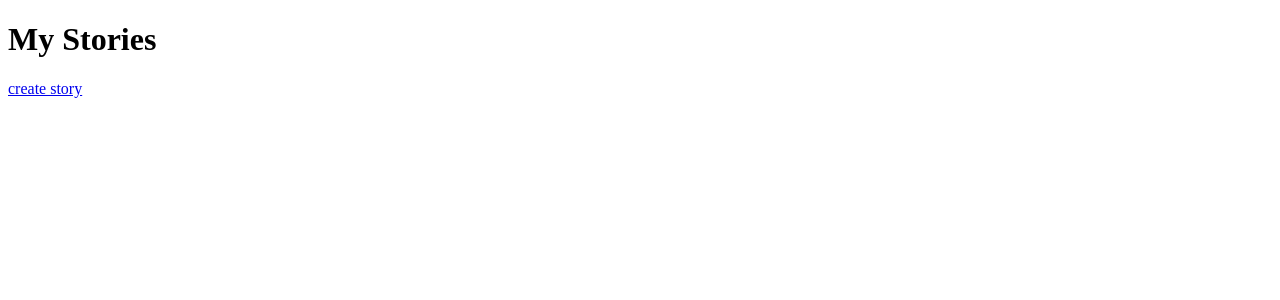
Repository: seantao97/publicProjects
Page: GuessTwoo/v8/Aptana Javascript/GuessTwooServer/views/myStories.html
These files come from the project's save history. The page is drawn as it stood at one moment and after the next save; the edit follows.
The browser window is 1280 px wide. The pictures show the whole page.

Above is the page before, as saved 2016-07-18 21:50:19.

After the next save:
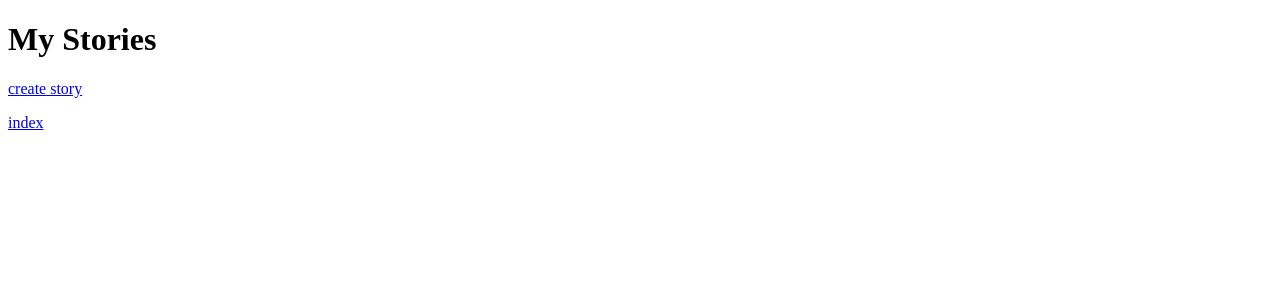
Saved 22 s later.
--- a/GuessTwoo/v8/Aptana Javascript/GuessTwooServer/views/myStories.html
+++ b/GuessTwoo/v8/Aptana Javascript/GuessTwooServer/views/myStories.html
@@ -10,5 +10,8 @@
 		<p>
 			<a href="/settings/createStory" title="createStory">create story</a>
 		</p>
+		<p>
+			<a href="/" title="index">index</a>
+		</p>
 	</body>
 </html>
